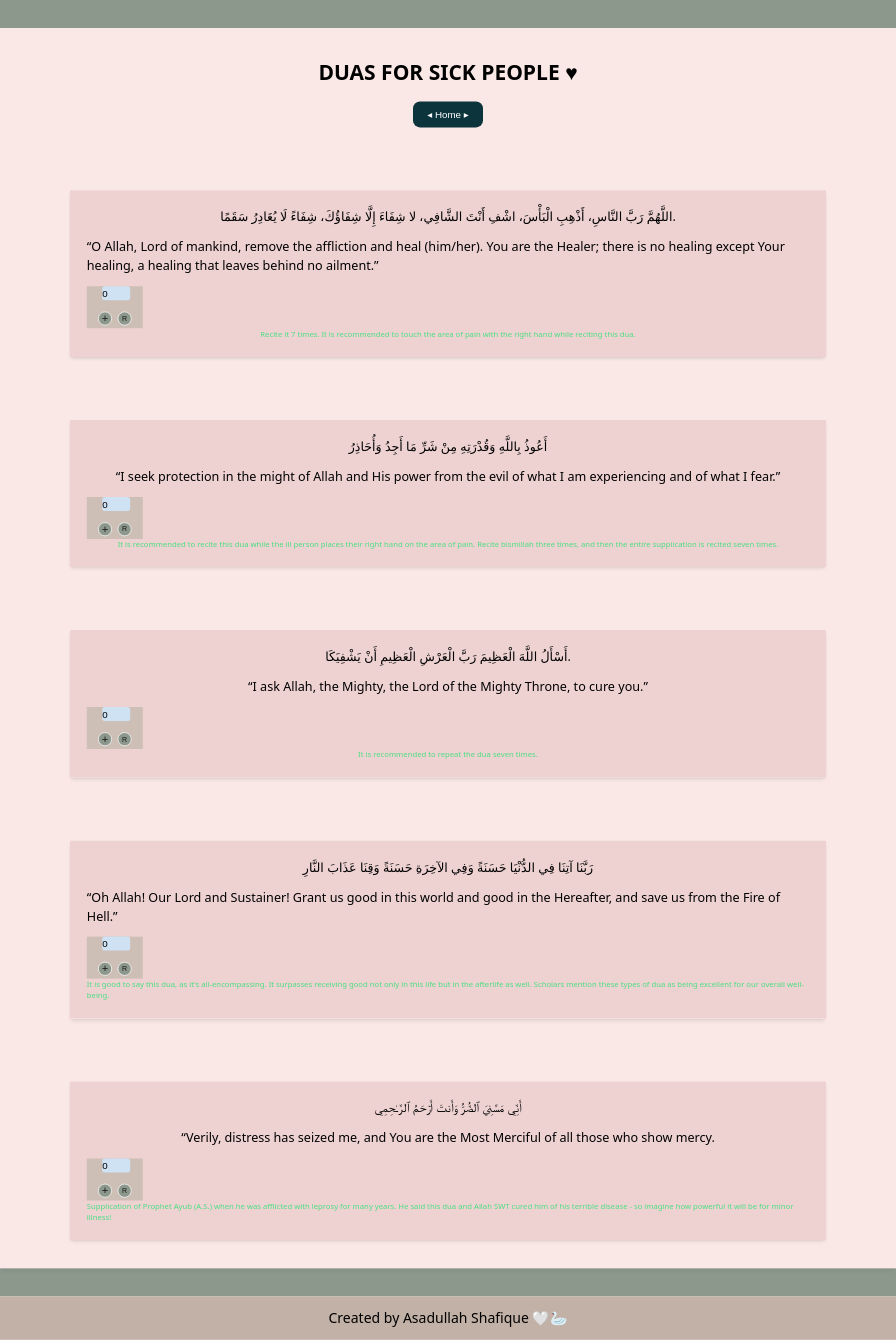
Repository: asadullah48/Duas_Diary
Page: /sick
An editor plug-in stored every save of this project. The page is shown before and after a run of saves, followed by the edit.
The browser window is 1280 px wide. The pictures show the whole page, at 70% of full size.
The project was rebuilt for these pictures with package versions that can differ from the ones it lists, and the page was loaded fresh each time. The framework's server and built-in components were replaced by stand-ins that run in the browser. Also part of the build but not shown: next.config.ts.

Above is the page before, as saved 2024-11-30 10:08:30.

After the next 2 saves:
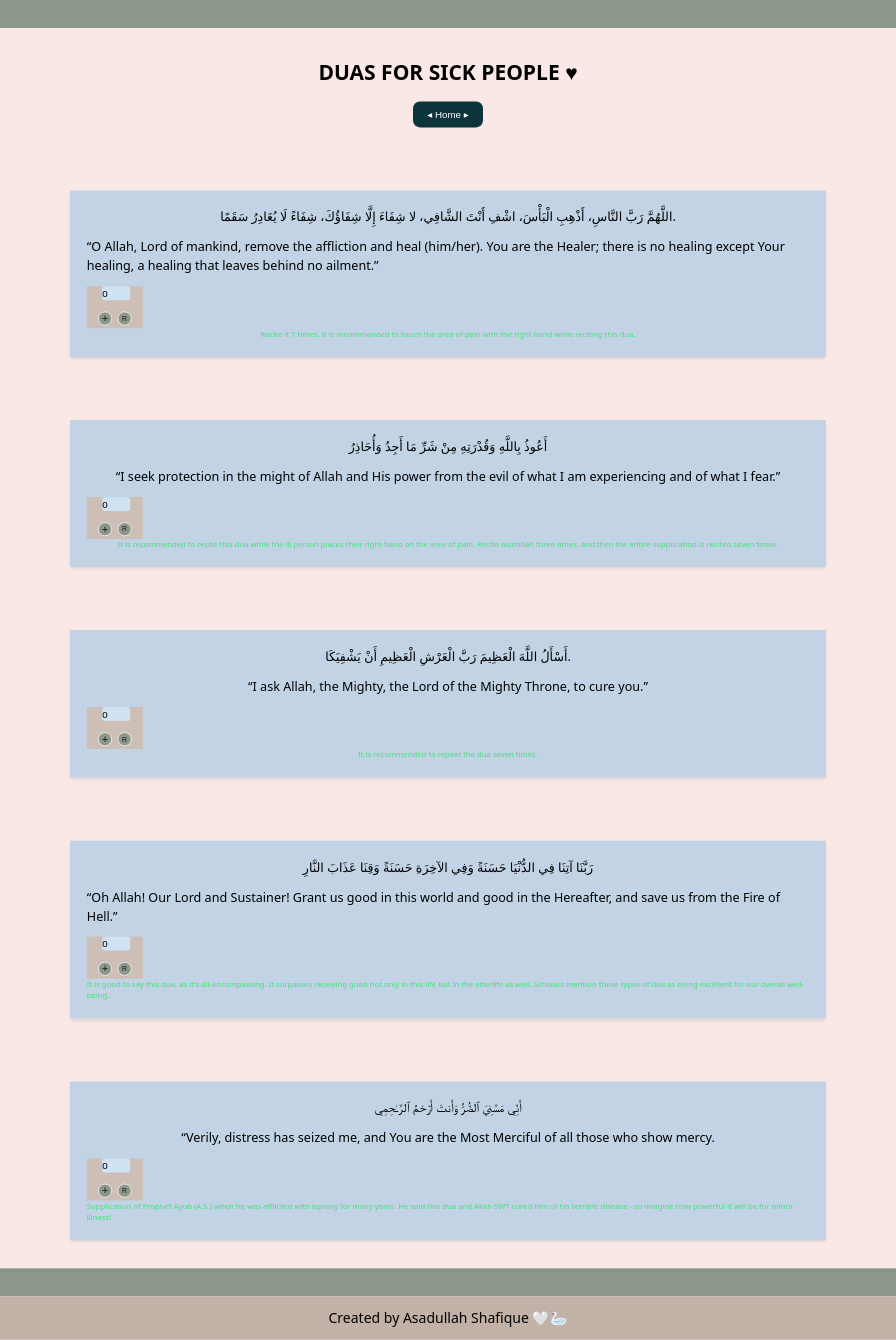
The 2 saves are shown as one change because they came seconds apart.
The last was saved 11 s later.
--- a/src/components/props.tsx
+++ b/src/components/props.tsx
@@ -14,7 +14,7 @@ export default function LightPinkSection({
   note,
 }: SectionProps) {
   return (
-    <div className="w-[90%] bg-[#e4bfc388] p-6 rounded-lg mx-auto shadow-md mt-[90px]">
+    <div className="w-[90%] bg-[#bfd3e4f5] p-6 rounded-lg mx-auto shadow-md mt-[90px]">
       <p className="text-black text-[18px] font-sans mb-4 flex justify-center">
         {paragraph}
       </p>
